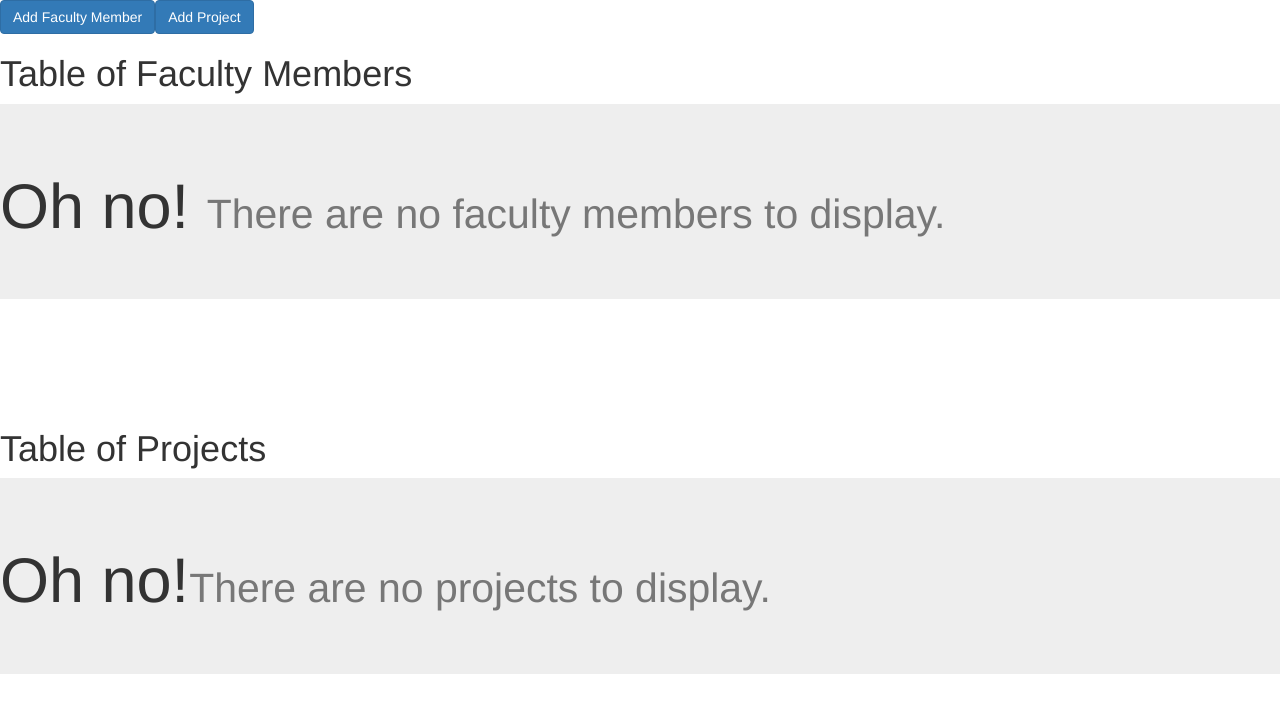
Repository: cpham19/DatabaseSite
Page: http://localhost/database/Table
The author's editor kept a copy of each file at every save. The page is drawn from the files as they stood at one save, then again after the next save.
The browser window is 1280 px wide. The pictures show the whole page.
The page is served by Tomcat 9. Queries for data that is not in the repository find no rows.

Above is the page before, as saved 2017-07-30 04:46:09.

After the next save:
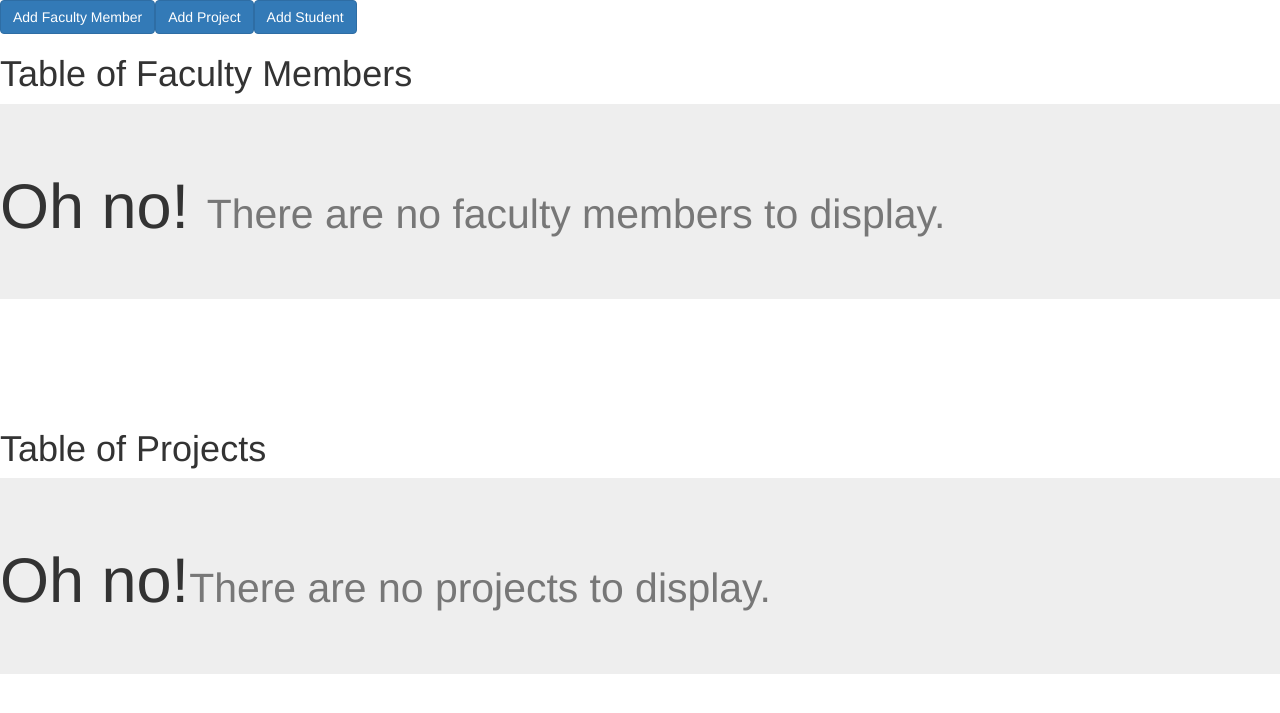
Saved 14 s later.
--- a/database/src/main/webapp/Table.jsp
+++ b/database/src/main/webapp/Table.jsp
@@ -9,7 +9,7 @@
 	<link rel="stylesheet" href="https://maxcdn.bootstrapcdn.com/bootstrap/3.3.7/css/bootstrap.min.css" integrity="sha384-BVYiiSIFeK1dGmJRAkycuHAHRg32OmUcww7on3RYdg4Va+PmSTsz/K68vbdEjh4u" crossorigin="anonymous">
 </head>
 <body>
-	<a href="AddFaculty.jsp" class="btn btn-primary" role="button">Add Faculty Member</a><a href="AddProject.jsp" class="btn btn-primary" role="button">Add Project</a>
+	<a href="AddFaculty.jsp" class="btn btn-primary" role="button">Add Faculty Member</a><a href="AddProject.jsp" class="btn btn-primary" role="button">Add Project</a><a href="AddStudent.jsp" class="btn btn-primary" role="button">Add Student</a>
 
 	<h1>Table of Faculty Members</h1>
 	<c:if test="${empty faculties}">
